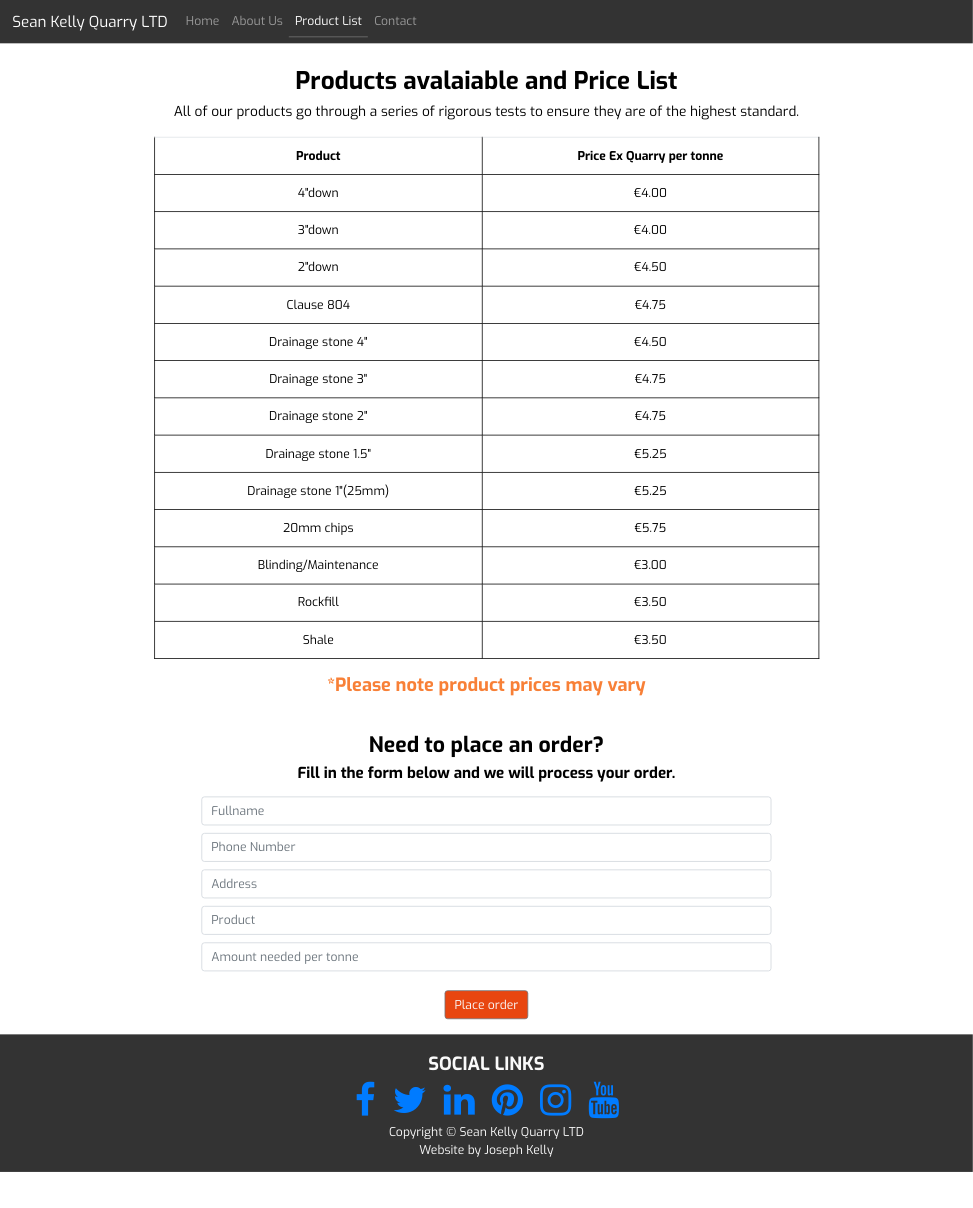
Repository: Code-Institute-Submissions/Sean-Kelly-Quarry
Page: product-list.html
The author's editor kept a record of every edit. The page is drawn from the files as they stood at one moment, then again after the next edit.
The browser window is 1280 px wide. The pictures show the whole page, at 76% of full size.

Above is the page before.

After the next edit:
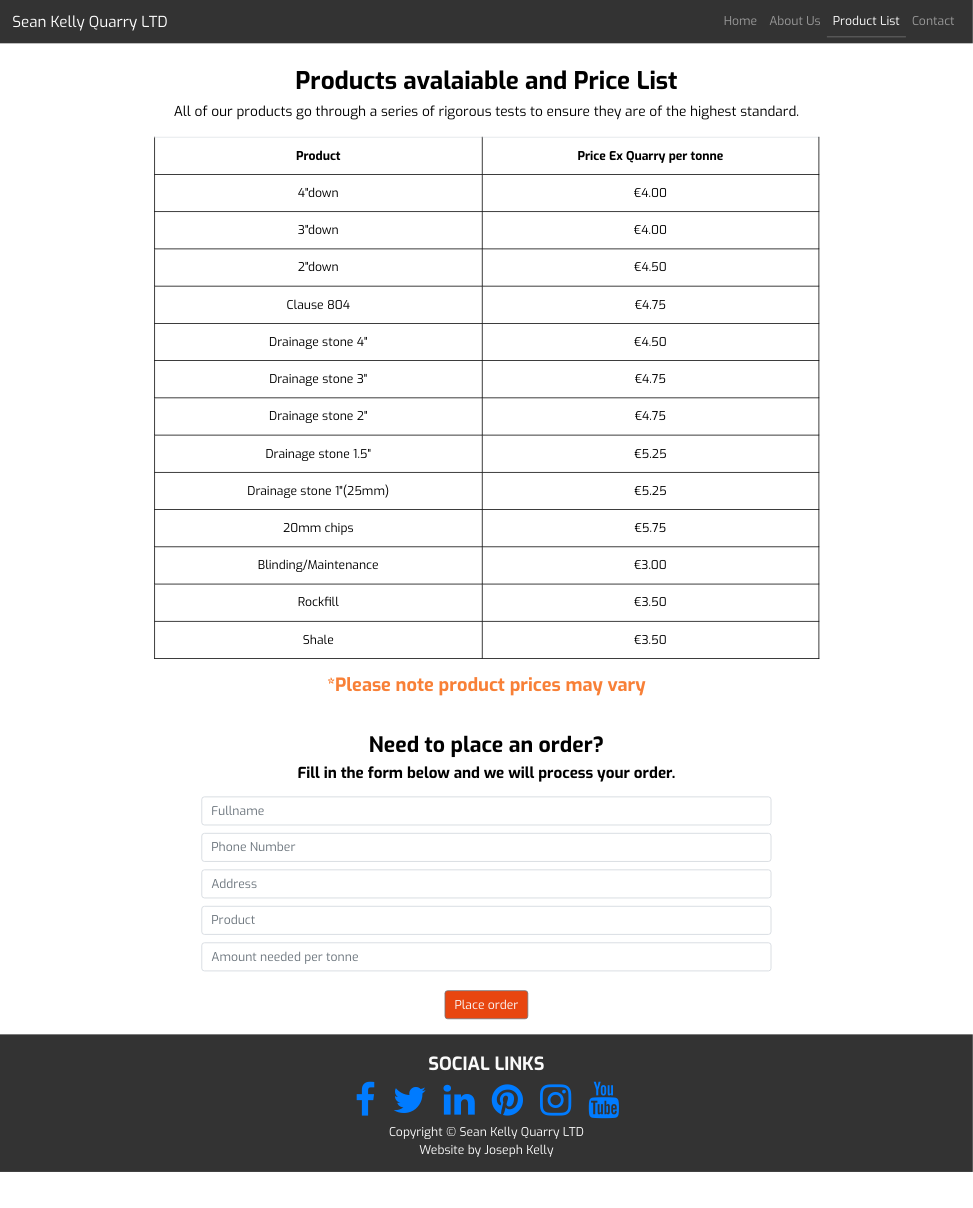
The edit:
--- a/product-list.html
+++ b/product-list.html
@@ -17,7 +17,7 @@
                 <span class="navbar-toggler-icon"></span>
                 </button>
             <div class="collapse navbar-collapse" id="navbarNav">
-                <ul class="navbar-nav">
+                <ul class="navbar-nav ml-auto">
                     <li class="nav-item">
                     <a class="nav-link" href="index.html">Home</a>
                     </li>
